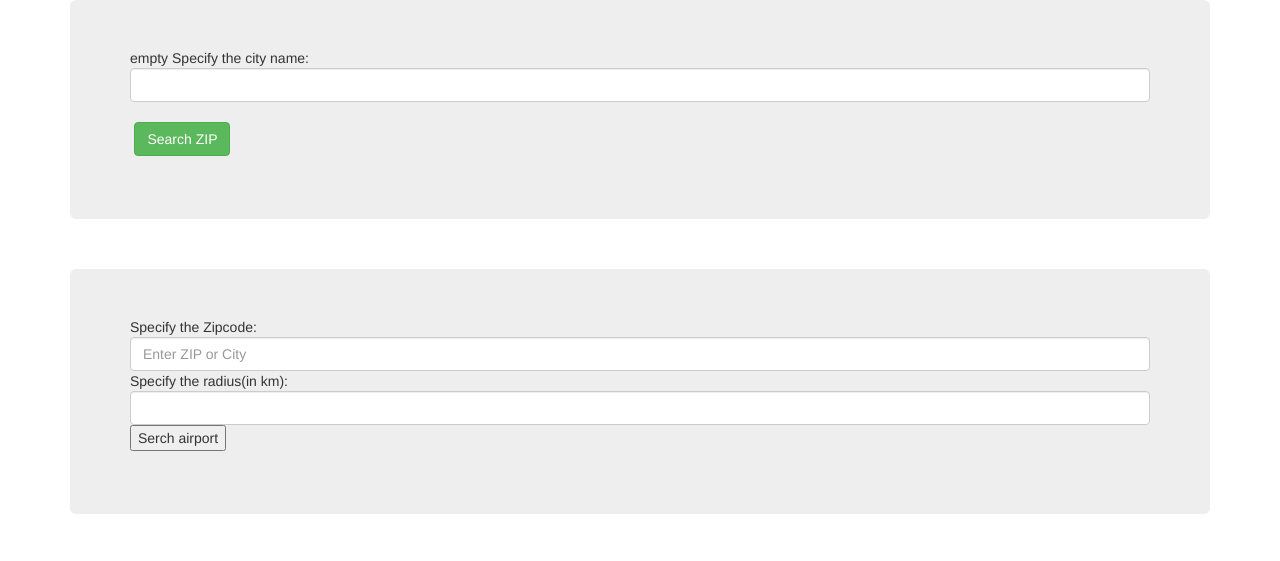
Repository: sjayach/CS320
Page: http://localhost/CS320/AirportDisplay
An editor plug-in stored every save of this project. The page is shown before and after the next save, followed by the edit.
The browser window is 1280 px wide. The pictures show the whole page.
The page is served by Tomcat 9. Queries for data that is not in the repository find no rows.

Above is the page before, as saved 2015-06-14 05:45:09.

After the next save:
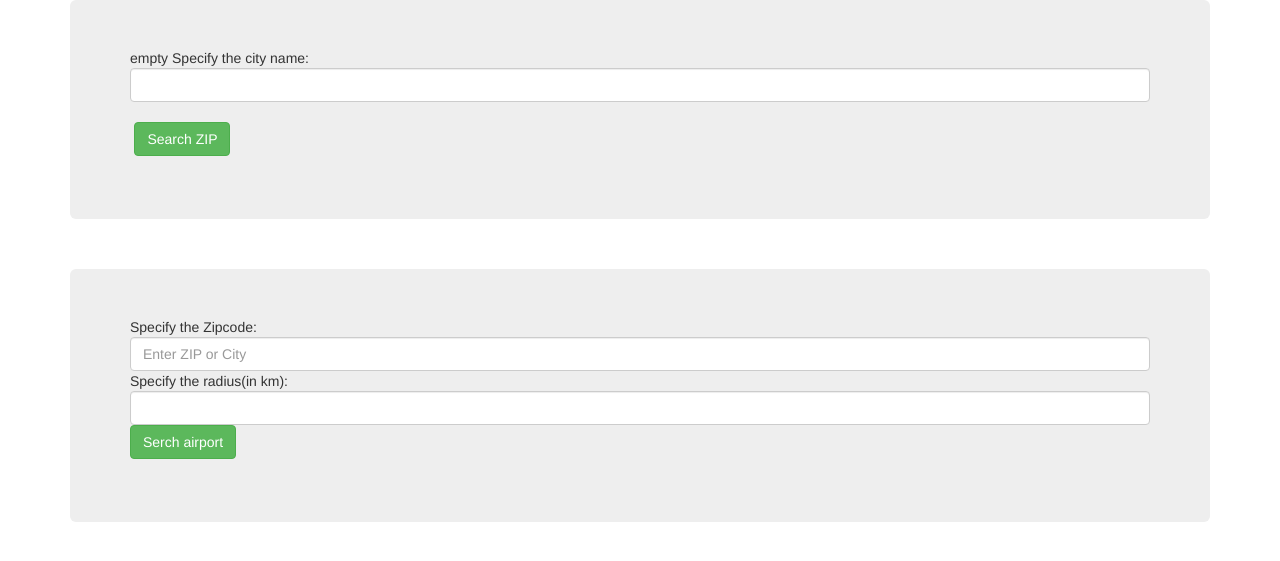
Saved 2 min 18 s later.
--- a/CS320/WebContent/WEB-INF/jsp/homework3/Airports.jsp
+++ b/CS320/WebContent/WEB-INF/jsp/homework3/Airports.jsp
@@ -45,7 +45,7 @@
 		Specify the radius(in km):
 		<input class="form-control" type="text" name="distance">
 		<div class="form-group">
-		<input type="submit" value="Serch airport" name="search_airport">
+		<input class="btn btn-success" type="submit" value="Serch airport" name="search_airport">
 		</div>
 	</form>
 	</div>
